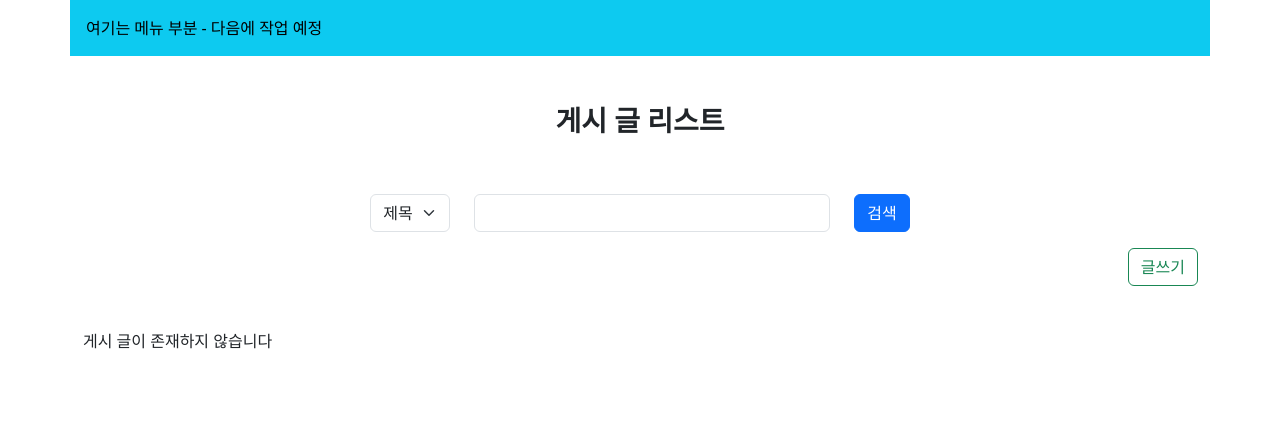
Repository: lopanghub/git_study
Page: http://localhost/JSPClassCh06/WEB-INF/board/boardList.jsp
An editor plug-in stored every save of this project. The page is shown before and after the next save, followed by the edit.
The browser window is 1280 px wide. The pictures show the whole page.
The page is served by Tomcat 9. Nobody is signed in. Other server files are loaded and not shown. The template is opened directly, without the code that normally fills it, so the values that code supplies are empty.

Above is the page before, as saved 2024-04-09 05:45:39.

### JSPStudy/JSPClassCh06/src/main/webapp/WEB-INF/board/boardList.jsp
<%@page import="java.util.ArrayList"%>
<%@page import="com.jspstudy.ch06.vo.Board"%>
<%@page import="java.util.List"%>
<%@page import="java.sql.ResultSet"%>
<%@page import="java.sql.PreparedStatement"%>
<%@page import="java.sql.DriverManager"%>
<%@page import="java.sql.Connection"%>
<%@ page language="java" contentType="text/html; charset=UTF-8"
	pageEncoding="UTF-8"%>
<%@taglib prefix="c" uri="http://java.sun.com/jsp/jstl/core"%>

<!DOCTYPE html>
<html>
<head>
<meta charset="UTF-8">
<meta name="viewport" content="width=device-width, initial-scale=1">
<title>Insert title here</title>
<link href="bootstrap/bootstrap.min.css" rel="stylesheet">
</head>
<body>
	<div class="container">
		<div class="row">
			<div class="col text-bg-info p-3">여기는 메뉴 부분 - 다음에 작업 예정</div>
		</div>
		<div class="row my-5">
			<div class="col text-center">
				<h2 class=" fw-bold fs-3">게시 글 리스트</h2>
			</div>

		</div>
		<form name="searchForm" id="searchForm" action="#"
			class="row justify-content-center my-3">
			<div class="col-auto">
				<select name="type" class="form-select">
					<option value="title">제목</option>
					<option value="writer">작가</option>
					<option value="content">내용</option>
				</select>
			</div>
			<div class="col-4">
				<input type="text" name="keyword" id="keyword" class="form-control">
			</div>
			<div class="col-auto">
				<input type="submit" class="btn btn-primary" value="검색">
			</div>
		</form>
		<div class="row">
			<div class="col text-end">
				<a href="writeForm" class="btn btn-outline-success">글쓰기</a>
			</div>
		</div>
		<div class="row my-3">
			<div class="col">

				<table>
					<tr class="table-dark text-white">
						<th>no</th>
						<th>제목</th>
						<th>작성자</th>
						<th>작성일</th>
						<th>조회수</th>
					</tr>
					<!-- 게시글이 있는 경우 -->
					<c:if test="${not empty bList }">
						<c:forEach var="board" items="${bList }">
							<tr>
								<td>${board.no }</td>
								<td>${board.title }</td>
								<td>${board.writer }</td>
								<td>${board.regDate }</td>
								<td>${board.readCount }</td>
							</tr>
						</c:forEach>
					</c:if>
					<!-- 게시글이 없는 경우 -->
					<c:if test="${empty bList }">
						<tr>
							<td colspan="5">게시 글이 존재하지 않습니다</td>

						</tr>
					</c:if>
				</table>

			</div>
		</div>
	</div>
	<script src="bootstrap/bootstrap.bundle.min.js">

	</script>
</body>
</html>

Loaded but not shown: JSPStudy/JSPClassCh06/src/main/webapp/bootstrap/bootstrap.min.css (library); JSPStudy/JSPClassCh06/src/main/webapp/bootstrap/bootstrap.bundle.min.js (library)

After the next save:
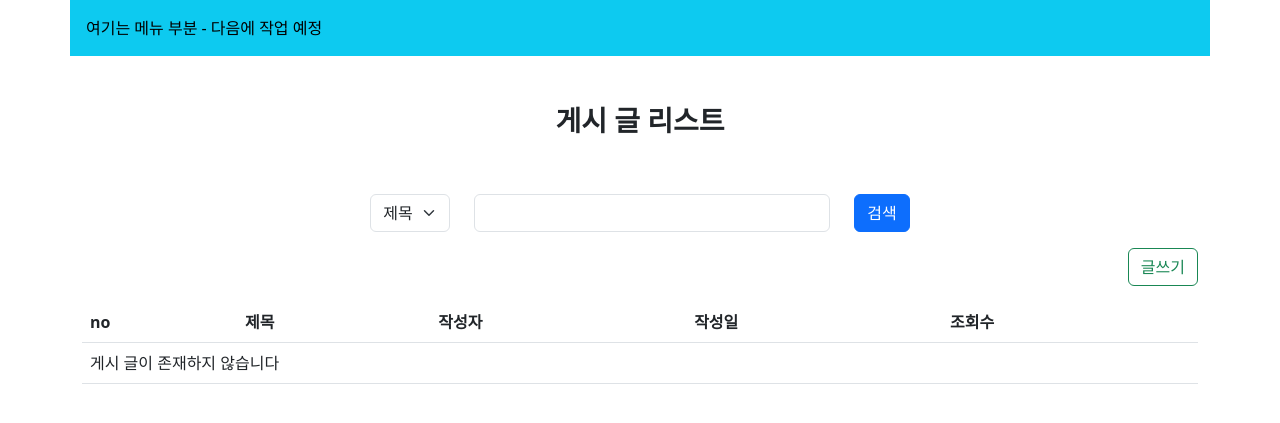
Saved 47 s later.
--- a/JSPStudy/JSPClassCh06/src/main/webapp/WEB-INF/board/boardList.jsp
+++ b/JSPStudy/JSPClassCh06/src/main/webapp/WEB-INF/board/boardList.jsp
@@ -52,14 +52,16 @@
 		<div class="row my-3">
 			<div class="col">
 
-				<table>
-					<tr class="table-dark text-white">
+				<table class="table table-hover">
+					<thead>
+					<tr >
 						<th>no</th>
 						<th>제목</th>
 						<th>작성자</th>
 						<th>작성일</th>
 						<th>조회수</th>
 					</tr>
+					</thead>
 					<!-- 게시글이 있는 경우 -->
 					<c:if test="${not empty bList }">
 						<c:forEach var="board" items="${bList }">
